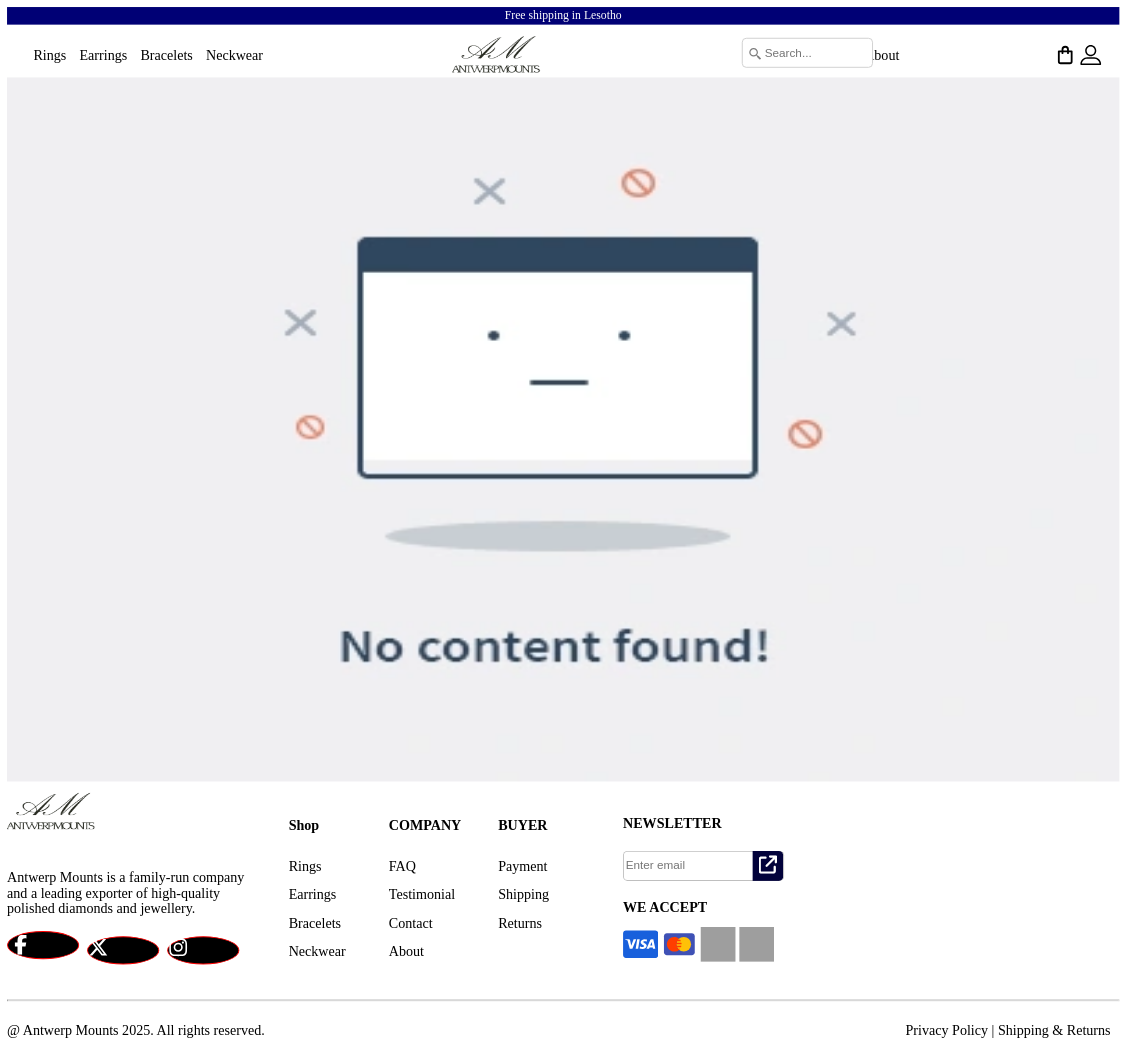
Repository: kea-0424/Web-Development-Project-1
Page: First_collaboration/JewelarySite.html
These files come from the project's save history. The page is drawn as it stood at one moment and after the next save; the edit follows.
The browser window is 1280 px wide. The pictures show the whole page, at 88% of full size.
Pictures or frames that could not be fetched are drawn as grey boxes.

Above is the page before, as saved 2025-01-23 12:31:07.

After the next save:
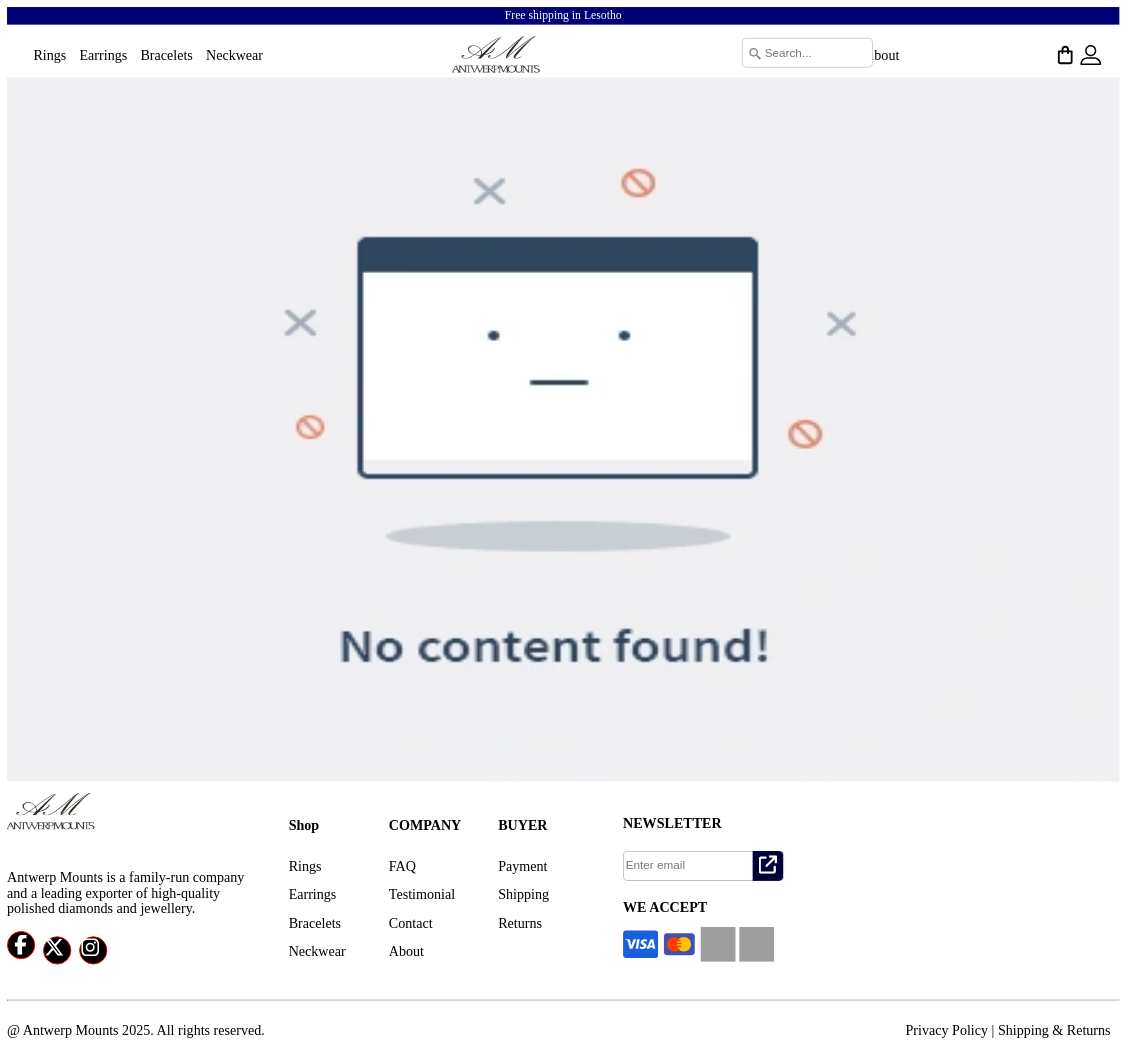
Saved 5 s later.
--- a/First_collaboration/JewelarySite.css
+++ b/First_collaboration/JewelarySite.css
@@ -110,7 +110,7 @@ main,.No_Content {
     border: 1px solid red;
     display: inline-block;
     height: 30px;
-    width: 80px;
+    width: 30px;
     background-color: black;
     border-radius: 50%;
     margin-right: 5px;
